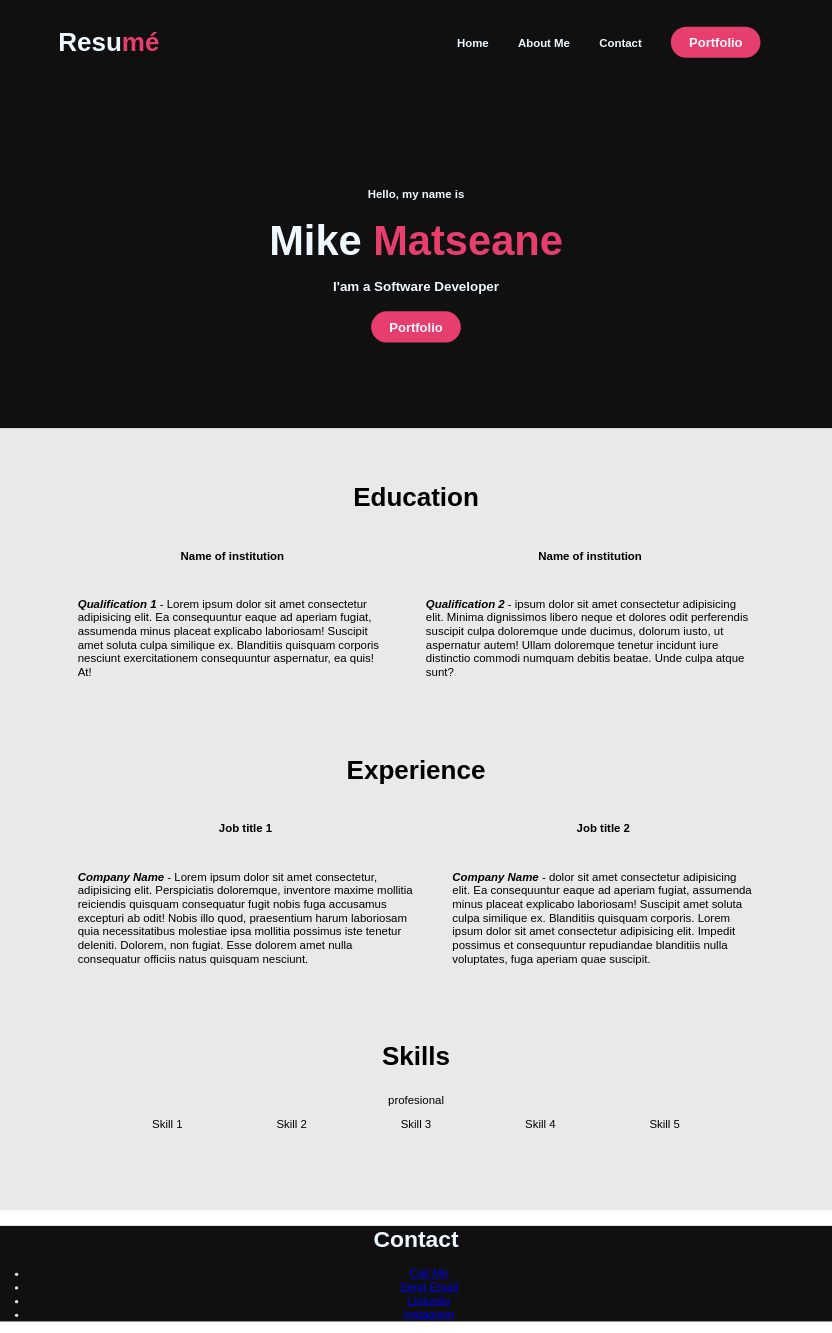
Repository: mikempho/Resume1
Page: resume1.html
The author's editor kept a copy of each file at every save. The page is drawn from the files as they stood at one save, then again after the next save.
The browser window is 1280 px wide. The pictures show the whole page, at 65% of full size.

Above is the page before, as saved 2022-03-29 11:23:56.

After the next save:
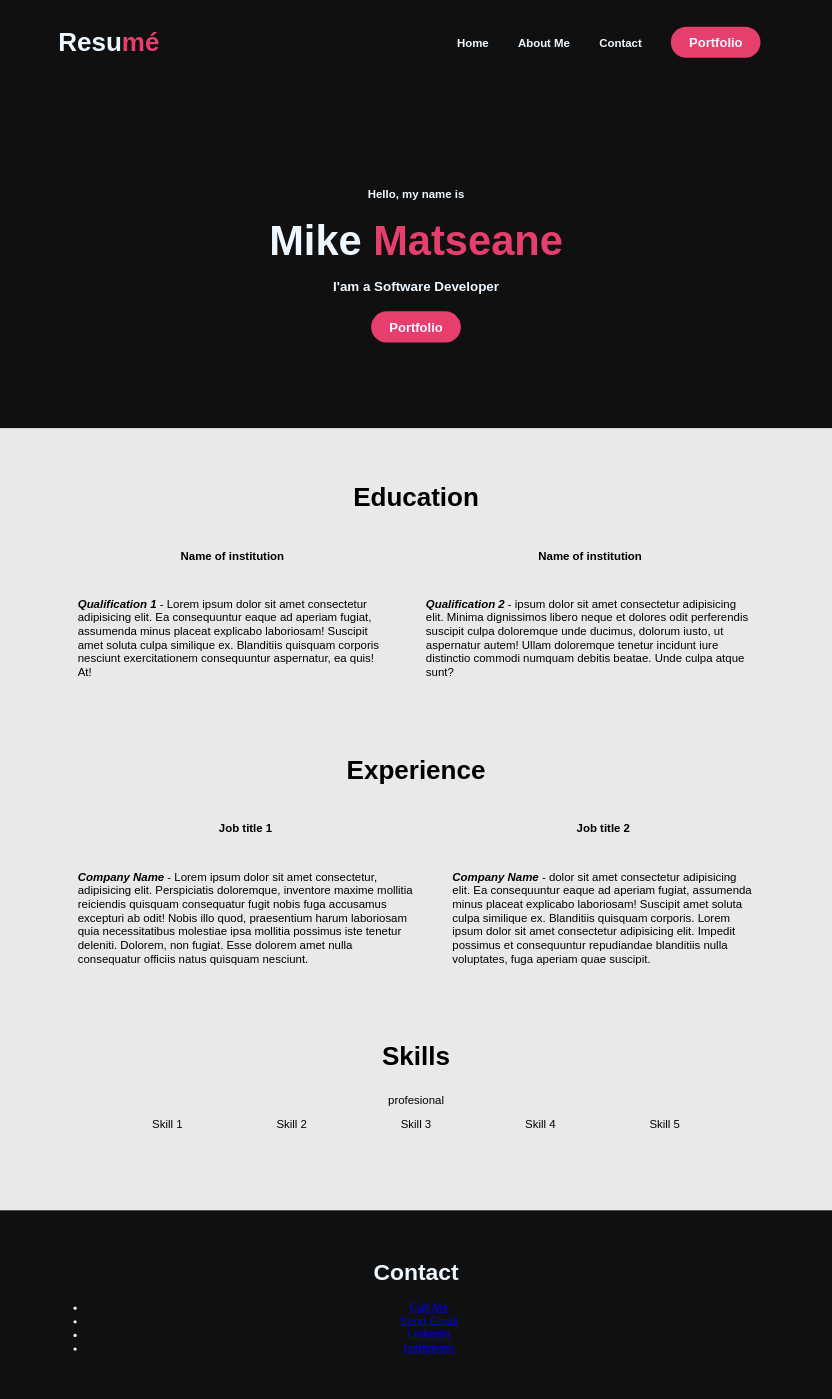
Saved 47 s later.
--- a/css/stylesheet.css
+++ b/css/stylesheet.css
@@ -130,3 +130,7 @@ footer {
   color: aliceblue;
   text-align: center;
 }
+
+#contact-info {
+  padding: 4% 7%;
+}
